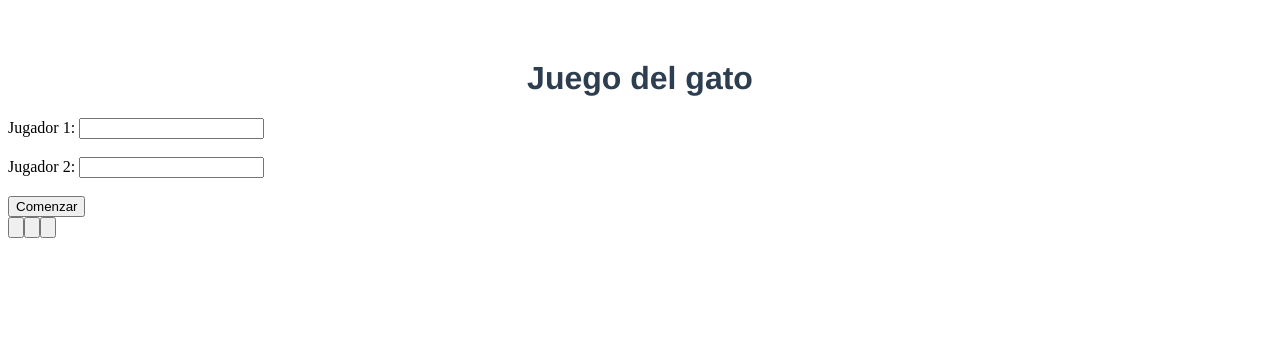
Repository: franciscamanquecheo/Taller-2
Page: / (app in vite-project/)
An editor plug-in stored every save of this project. The page is shown before and after the next save, followed by the edit.
The browser window is 1280 px wide. The pictures show the whole page.
The project was rebuilt for these pictures with package versions that can differ from the ones it lists, and the page was loaded fresh each time. Also part of the build but not shown: vite-project/vite.config.ts.

Above is the page before, as saved 2022-06-17 17:13:05.

### vite-project/src/App.vue
<script setup lang="ts">
// This starter template is using Vue 3 <script setup> SFCs
// Check out https://vuejs.org/api/sfc-script-setup.html#script-setup
import HelloWorld from './components/HelloWorld.vue'
</script>

<template>
 <h1>Juego del gato</h1>

 <article id="comandos">
  Jugador 1:
  <input type="text" id="jugador1"><br><br>
  Jugador 2:
  <input type="text" id="jugador 2"><br><br>
  <input type="button" id="comenzar" value="Comenzar">
  <label id="TurnoJugador"></label>
 </article>
  <article id="Tablero">
    <input type="button" id="casilla1">
  <input type="button" id="casilla2">
<input type="button" id="casilla3">



  </article>












</template>

<style>
h1 {
  font-family: Avenir, Helvetica, Arial, sans-serif;
  -webkit-font-smoothing: antialiased;
  -moz-osx-font-smoothing: grayscale;
  text-align: center;
  color: #2c3e50;
  margin-top: 60px;
}
</style>

Loaded but not shown: vite-project/index.html (common file); vite-project/src/main.ts (common file)

After the next save:
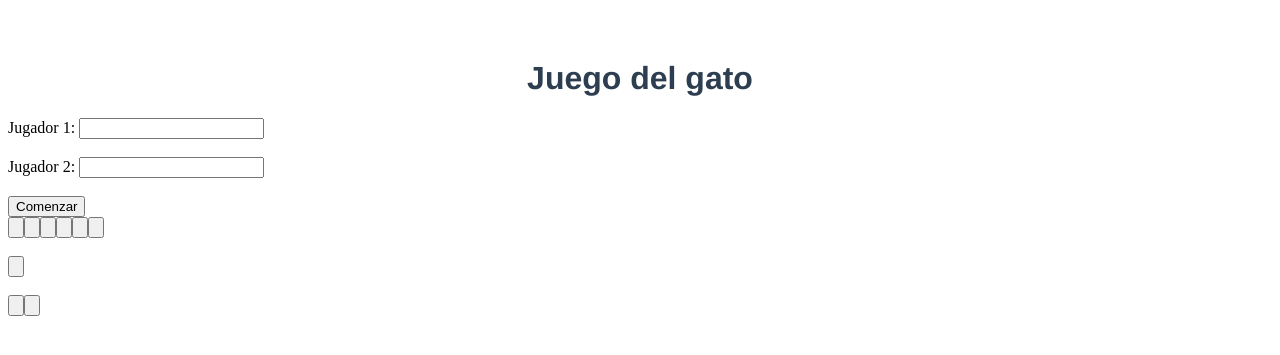
Saved 2 min 52 s later.
--- a/vite-project/src/App.vue
+++ b/vite-project/src/App.vue
@@ -17,8 +17,16 @@ import HelloWorld from './components/HelloWorld.vue'
  </article>
   <article id="Tablero">
     <input type="button" id="casilla1">
-  <input type="button" id="casilla2">
-<input type="button" id="casilla3">
+    <input type="button" id="casilla2">
+    <input type="button" id="casilla3">
+
+    <input type="button" id="casilla4">
+    <input type="button" id="casilla5">
+    <input type="button" id="casilla6"><br><br>
+
+    <input type="button" id="casilla7"><br><br>
+    <input type="button" id="casilla8">
+    <input type="button" id="casilla9">
 
 
 
